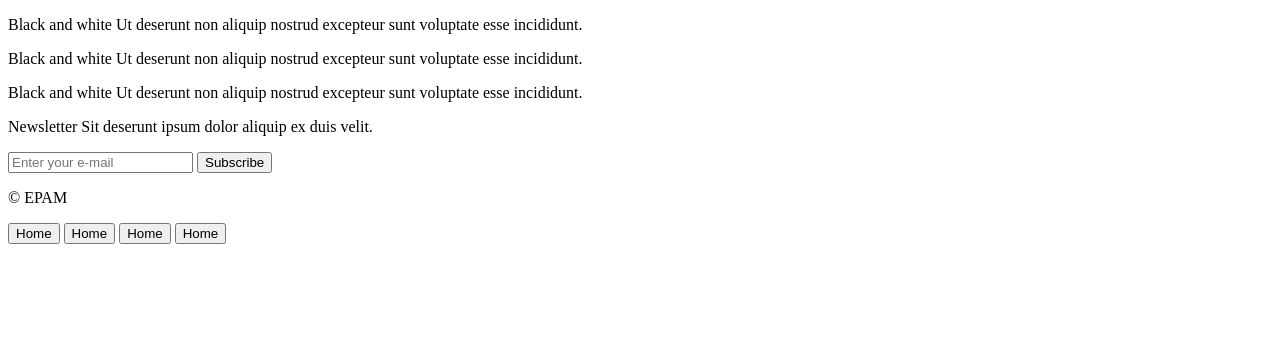
Repository: M1shkaBear/FLX
Page: FLX_homework_4/homework/index.html
An editor plug-in stored every save of this project. The page is shown before and after the next save, followed by the edit.
The browser window is 1280 px wide. The pictures show the whole page.

Above is the page before, as saved 2019-01-29 03:34:42.

After the next save:
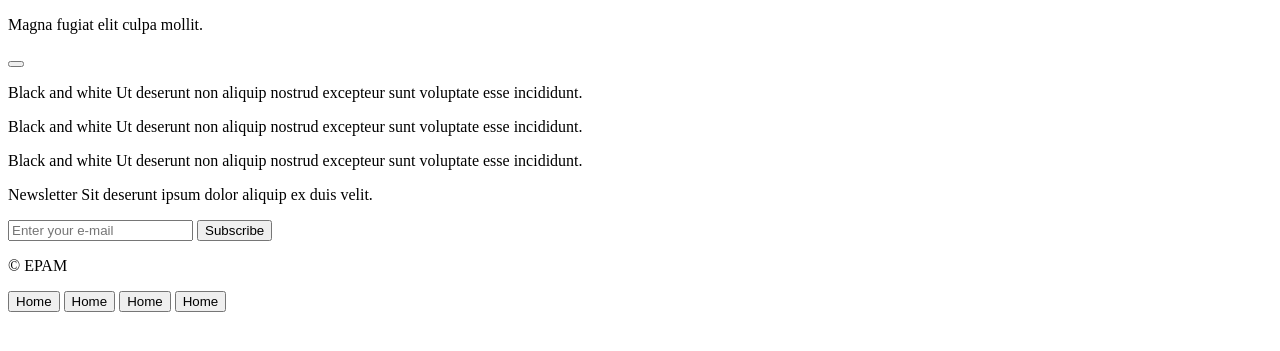
Saved 2 min 42 s later.
--- a/FLX_homework_4/homework/index.html
+++ b/FLX_homework_4/homework/index.html
@@ -14,6 +14,12 @@
         <section class="image"></section>
         <section class="column-paragraphs"></section>
       </article>
+      <section class="parag-container">
+        <section>
+          <p>Magna fugiat elit culpa mollit.</p>
+          <button class="exploreButton"></button>
+        </section>
+      </section>
     </main>
 
     <footer class="footer">
